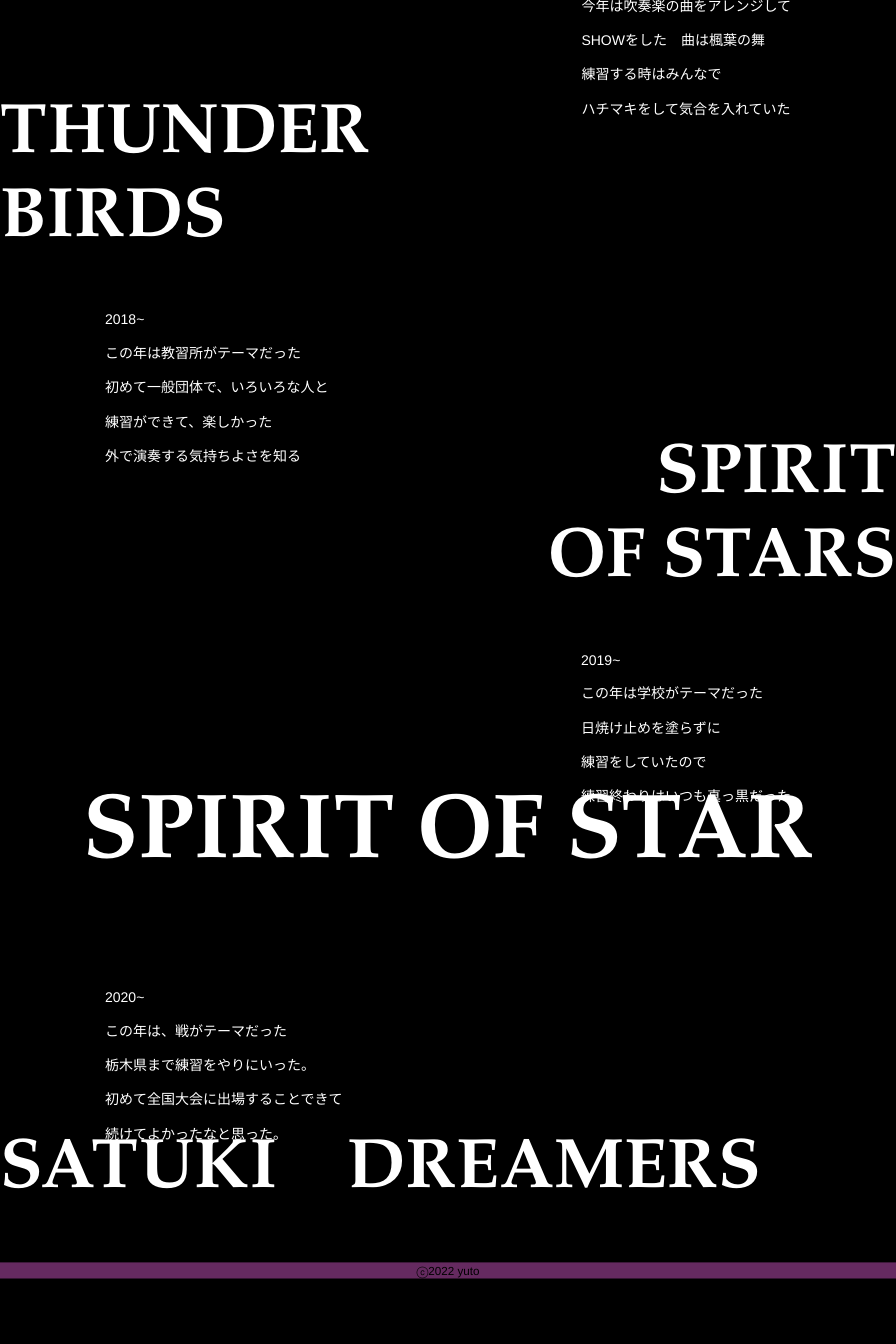
Repository: yutosoma/profile
Page: yuto/marching.html
The author's editor kept a record of every edit. The page is drawn from the files as they stood at one moment, then again after the next edit.
The browser window is 1280 px wide. The pictures show the part of the page from y = 1898 to 3818 px (the page is 3818 px tall before and 3712 px after), at 70% of full size.

Above is the page before.
Console error: TypeError: Cannot read properties of null (reading 'addEventListener')

After the next edit:
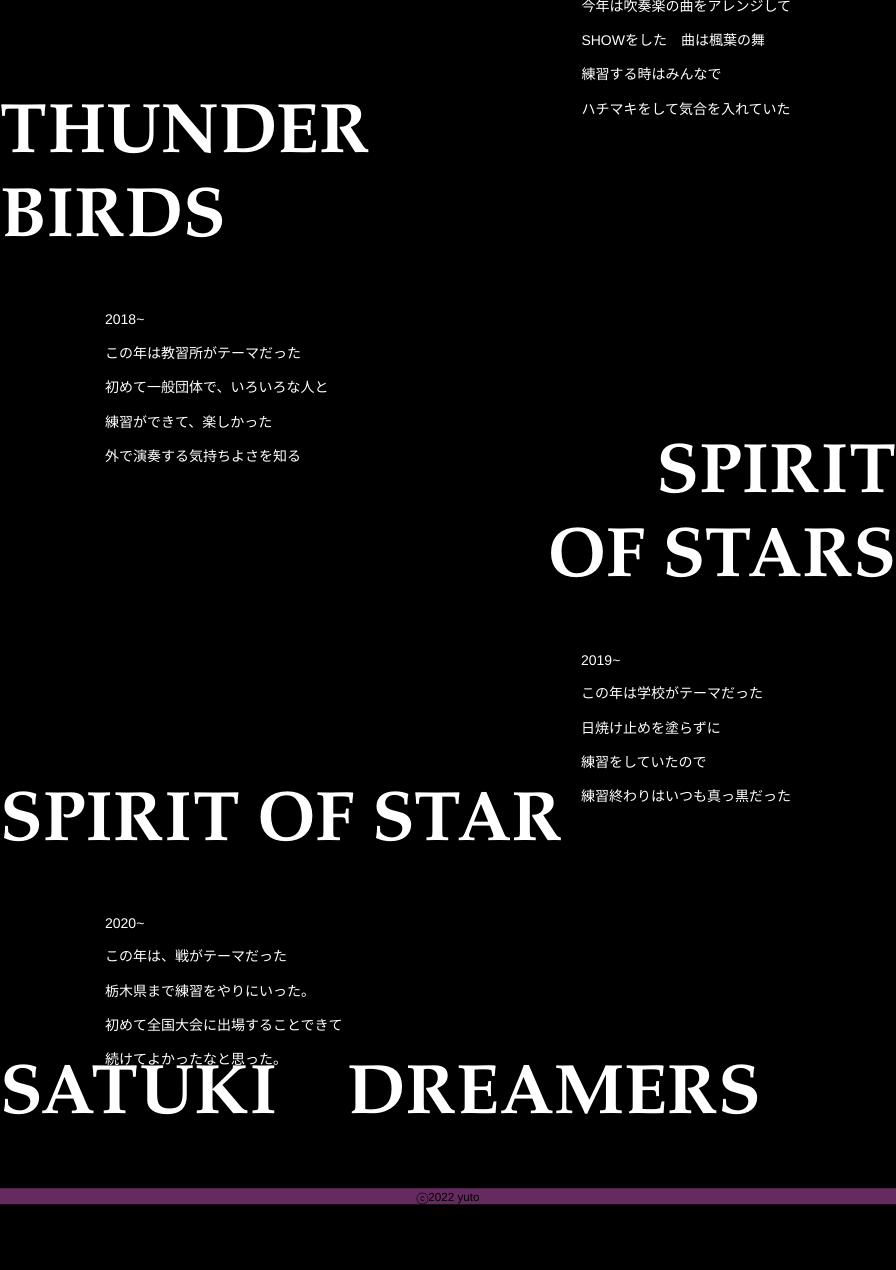
The edit:
--- a/yuto/marching.html
+++ b/yuto/marching.html
@@ -66,7 +66,7 @@
            <P>練習終わりはいつも真っ黒だった</P>
          </div>
    </div>
-   <h3>SPIRIT OF STAR</h3>
+   <h3 class="left">SPIRIT OF STAR</h3>
    <div class ="top-container-right">
          <div class="explanation-right">
           <P>2020~</P>
